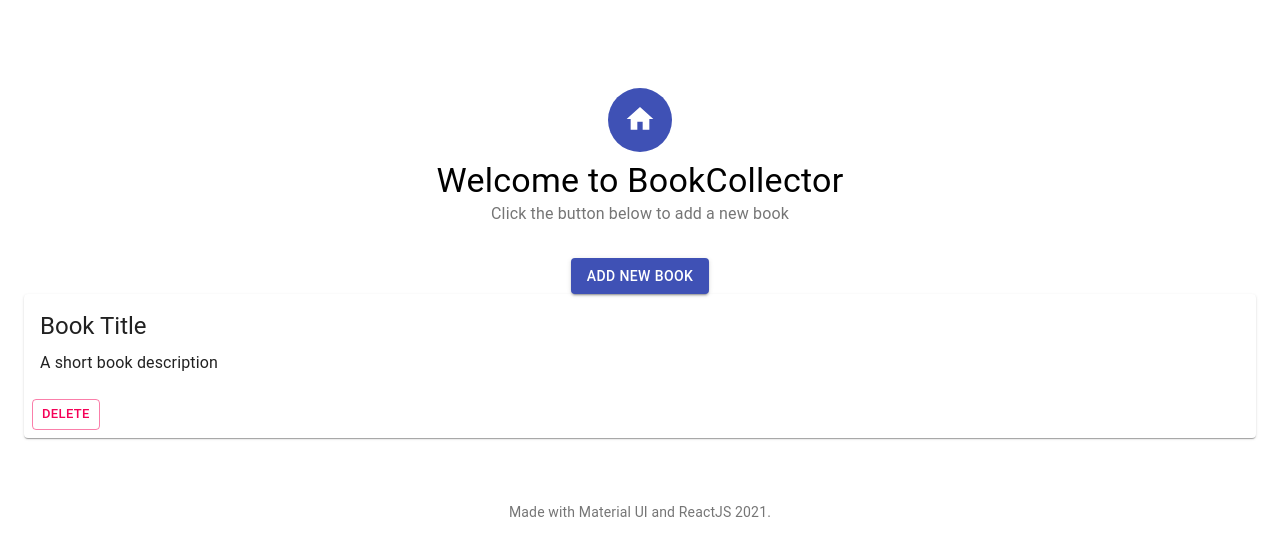
Repository: Colo-Codes/mini-project-react-book-collector
Page: /
The author's editor kept a copy of each file at every save. The page is drawn from the files as they stood at one save, then again after the next save.
The browser window is 1280 px wide. The pictures show the whole page.
The project was rebuilt for these pictures with package versions that can differ from the ones it lists, and the page was loaded fresh each time. Also part of the build but not shown: src/Books/AddBookForm.js.

Above is the page before, as saved 2021-08-25 08:43:15.

### src/App.js
import React, { useState } from 'react';

import { Box, Button, makeStyles, Container, Grid, Card, CardContent, CardActions, Typography } from '@material-ui/core';
import { Home } from '@material-ui/icons';

import AddBookForm from './Books/AddBookForm';
import Copyright from './UI/Copyright';
import Header from './UI/Header';

const useStyles = makeStyles(theme => ({
  paper: {
    marginTop: theme.spacing(10),
    display: 'flex',
    flexDirection: 'column',
    alignItems: 'center',
  },
  icon: {
    color: 'white',
    width: theme.spacing(4),
    height: theme.spacing(4),
  },
  button: {
    marginTop: theme.spacing(4),
  }
}));

function App() {
  const [showAddBookForm, setShowAddBookForm] = useState(false);

  const classes = useStyles();

  const addNewBookHandler = () => {
    setShowAddBookForm(true);
  }

  return (
    <React.Fragment>
      <header className={classes.paper}>
        {showAddBookForm && <AddBookForm />} {/* Conditional Rendering */}
        {!showAddBookForm && <Header headerIcon={<Home className={classes.icon} />} headerContent={'Welcome to BookCollector'} textContent={'Click the button below to add a new book'} />} {/* Conditional Rendering */}
        {!showAddBookForm && <Button variant="contained" color="primary" onClick={addNewBookHandler} className={classes.button} >Add new book</Button>} {/* Conditional Rendering */}
      </header>
      <main>
        <Container>
          <Grid>
            <Card>
              <CardContent>
                <Typography gutterBottom variant="h5" component="h2">
                  Book Title
                </Typography>
                <Typography variant="body1">
                  A short book description
                </Typography>
              </CardContent>
              <CardActions>
                <Button variant="outlined" size="small" color="secondary">
                  Delete
                </Button>
              </CardActions>
            </Card>

          </Grid>

        </Container>
      </main>
      <footer>
        <Box mt={8}><Copyright /></Box>
      </footer>
    </React.Fragment>
  );
}

export default App;

### src/UI/Copyright.js
import { Typography } from "@material-ui/core";
import { Link } from "@material-ui/core";

function Copyright() {
    return (
        <Typography variant="body2" color="textSecondary" align="center">
            {'Made with '}
            <Link color="inherit" href="https://material-ui.com/" target="_blank">
                Material UI
            </Link>{' and '}
            <Link color="inherit" href="https://reactjs.org/" target="_blank">
                ReactJS
            </Link>{' '}
            {new Date().getFullYear()}
            {'.'}
        </Typography>
    );
}

export default Copyright;

### src/UI/Header.js
import { Avatar, Typography, makeStyles } from "@material-ui/core";
import { Home } from '@material-ui/icons';

const useStyles = makeStyles(theme => ({
    paper: {
        // marginTop: theme.spacing(10),
        display: 'flex',
        flexDirection: 'column',
        alignItems: 'center',
    },
    avatar: {
        margin: theme.spacing(1),
        width: theme.spacing(8),
        height: theme.spacing(8),
        backgroundColor: theme.palette.primary.main,
    },
    lightGray: {
        color: theme.palette.text.secondary,
    },
}));

const Header = props => {
    const classes = useStyles();

    return (
        <div className={classes.paper}>
            <Avatar className={classes.avatar}>
                <div className={classes.icon}>{props.headerIcon}</div>
            </Avatar>
            <Typography variant="h4" component="h2">{props.headerContent}</Typography>
            <Typography variant="body1" className={classes.lightGray}>{props.textContent}</Typography>
        </div>
    );
}

export default Header;

Loaded but not shown: public/index.html (common file); src/index.js (common file); src/index.css (common file)

After the next save:
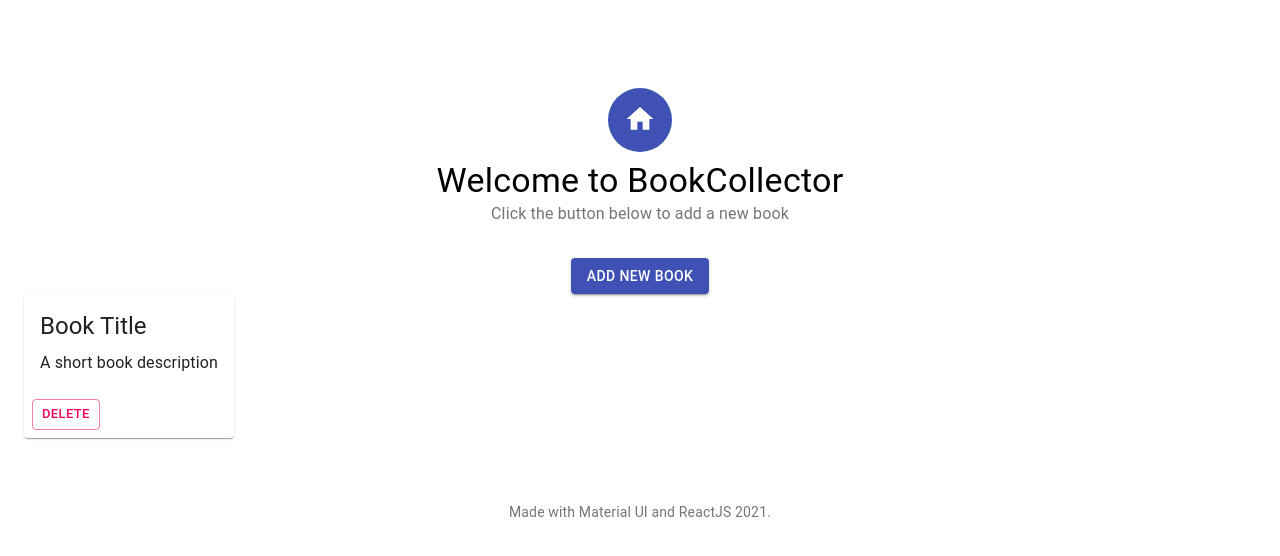
Saved 108 s later.
--- a/src/App.js
+++ b/src/App.js
@@ -42,23 +42,26 @@ function App() {
       </header>
       <main>
         <Container>
-          <Grid>
-            <Card>
-              <CardContent>
-                <Typography gutterBottom variant="h5" component="h2">
-                  Book Title
-                </Typography>
-                <Typography variant="body1">
-                  A short book description
-                </Typography>
-              </CardContent>
-              <CardActions>
-                <Button variant="outlined" size="small" color="secondary">
-                  Delete
-                </Button>
-              </CardActions>
-            </Card>
+          <Grid container>
 
+            <Grid item>
+              <Card>
+                <CardContent>
+                  <Typography gutterBottom variant="h5" component="h2">
+                    Book Title
+                  </Typography>
+                  <Typography variant="body1">
+                    A short book description
+                  </Typography>
+                </CardContent>
+                <CardActions>
+                  <Button variant="outlined" size="small" color="secondary">
+                    Delete
+                  </Button>
+                </CardActions>
+              </Card>
+
+            </Grid>
           </Grid>
 
         </Container>
